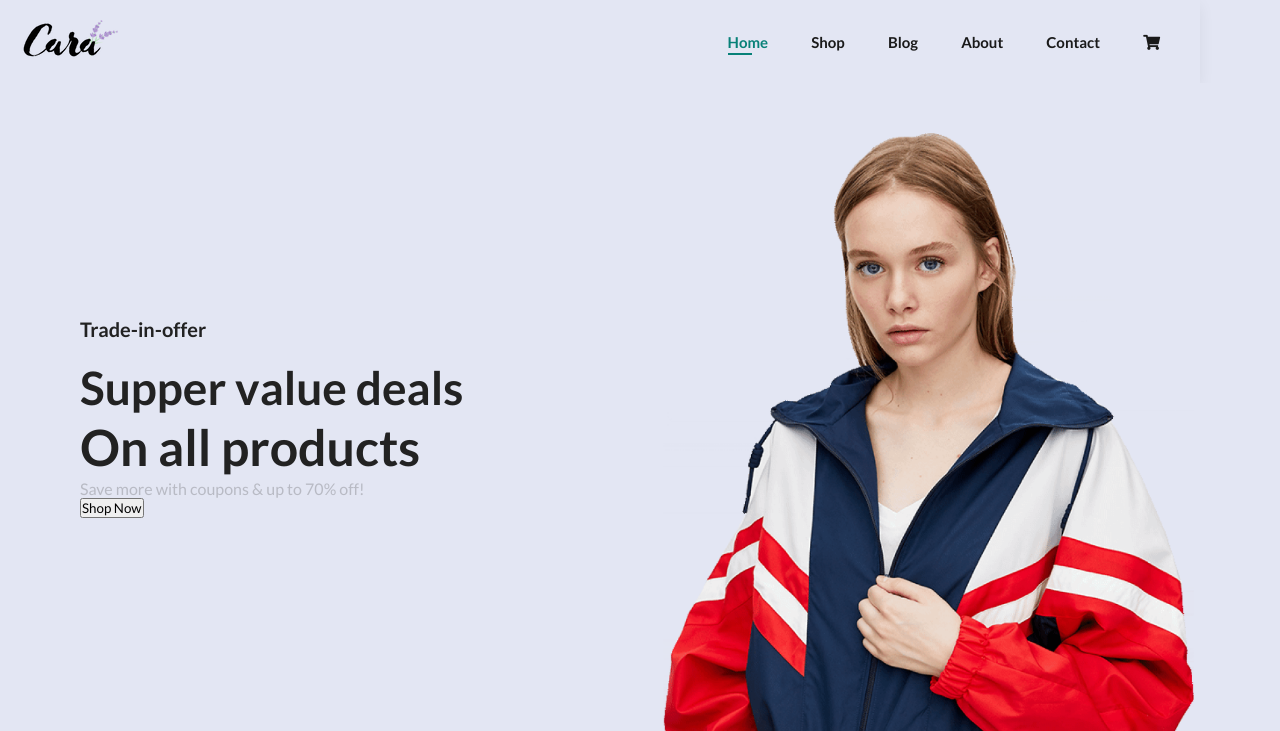
Repository: Nguyenductuan-dev/Website-Clothes
Page: index.html
These files come from the project's save history. The page is drawn as it stood at one moment and after the next save; the edit follows.
The browser window is 1280 px wide. The pictures show the whole page.

Above is the page before, as saved 2022-04-22 20:59:30.

After the next save:
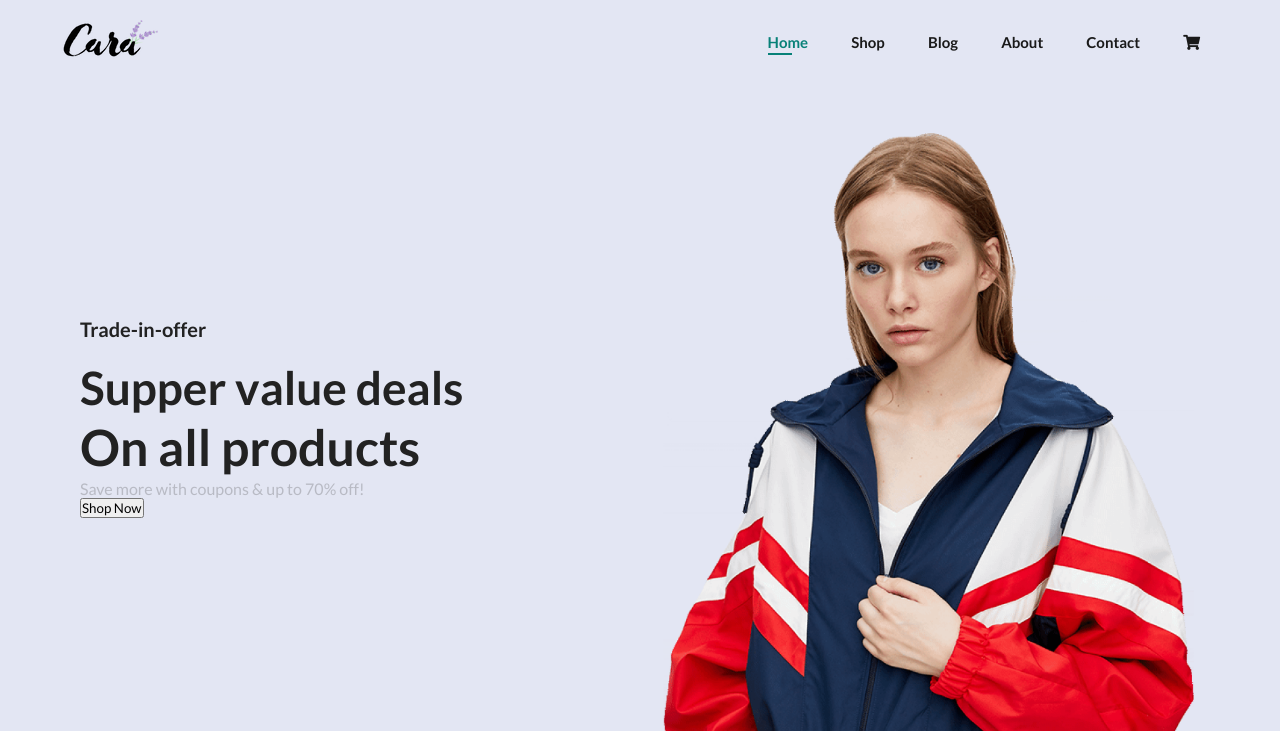
Saved 56 s later.
--- a/assets/css/style.css
+++ b/assets/css/style.css
@@ -35,6 +35,7 @@ body {
 /* ================ HEADER =================== */
 .header {
     background-color: #e3e6f3;
+    box-shadow: 0 5px 15px rgba(0, 0, 0, .06);
 }
 .header__container {
     max-width: 1200px;
@@ -42,7 +43,7 @@ body {
     justify-content: space-between;
     align-items: center;
     padding: 20px;
-    box-shadow: 0 5px 15px rgba(0, 0, 0, .06);
+    margin: auto;
 }
 .navbar {
     display: inline-block;
